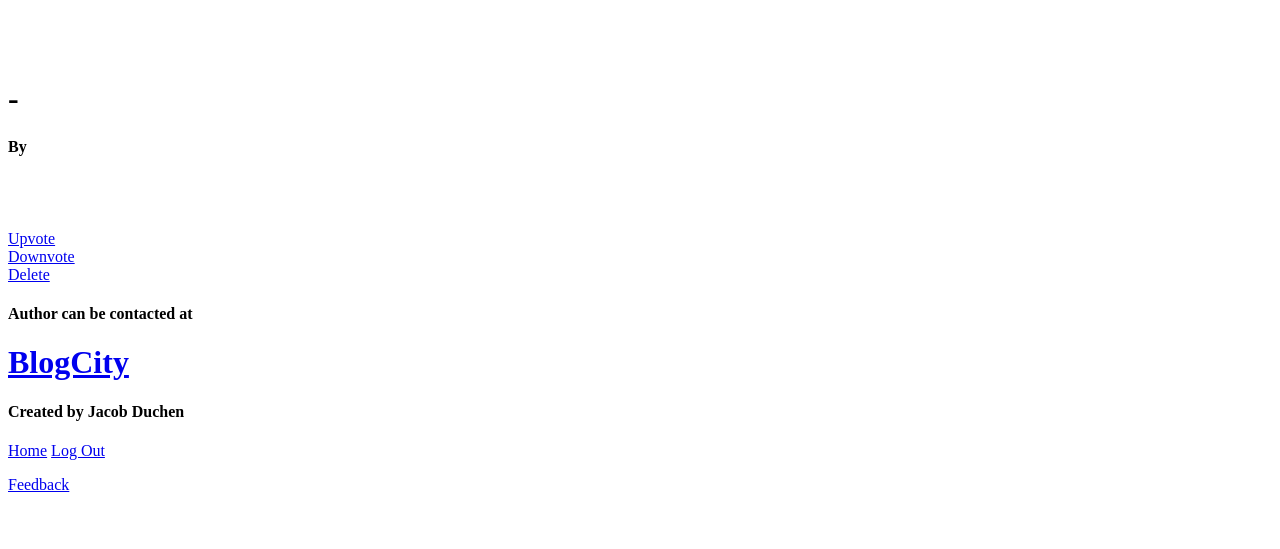
Repository: fatcatdog/springBlog
Page: http://localhost/blog/WEB-INF/jsp/blog.jsp
These files come from the project's save history. The page is drawn as it stood at one moment and after a run of saves; the edit follows.
The browser window is 1280 px wide. The pictures show the whole page.
The page is served by Tomcat 9. Nobody is signed in. Other server files are loaded and not shown. The template is opened directly, without the code that normally fills it, so the values that code supplies are empty.

Above is the page before, as saved 2018-09-15 05:26:16.

### blog/src/main/webapp/WEB-INF/jsp/blog.jsp
<!DOCTYPE html>

<%@ taglib prefix="spring" uri="http://www.springframework.org/tags"%>
<%@ taglib prefix="c" uri="http://java.sun.com/jsp/jstl/core"%>

<html lang="en">
<%@ include file="components/header.jsp" %>

<body>

<h1>${title} - ${tempUpvoteCount}</h1>
<h4>By ${authorName}</h4>
<Br/>
<p>${content}</p>
<Br/>

<a href="/vote/up/${blogId}">Upvote</a>
<Br/>
<a href="/vote/down/${blogId}">Downvote</a>
<Br/>
<a href="/delete/${blogId}">Delete</a>
<Br/>

<h4>Author can be contacted at <a href="mailto:${authorEmail}">${authorEmail}</a></h4>

</body>
<%@ include file="components/footer.jsp" %>

</html>

### blog/src/main/webapp/WEB-INF/jsp/components/header.jsp
<div class="header-title">
<h1><a href="/home" style="color:white">BlogCity</a></h1>
</div>

Loaded but not shown: blog/src/main/webapp/WEB-INF/jsp/components/footer.jsp (common file)

After the next 2 saves:
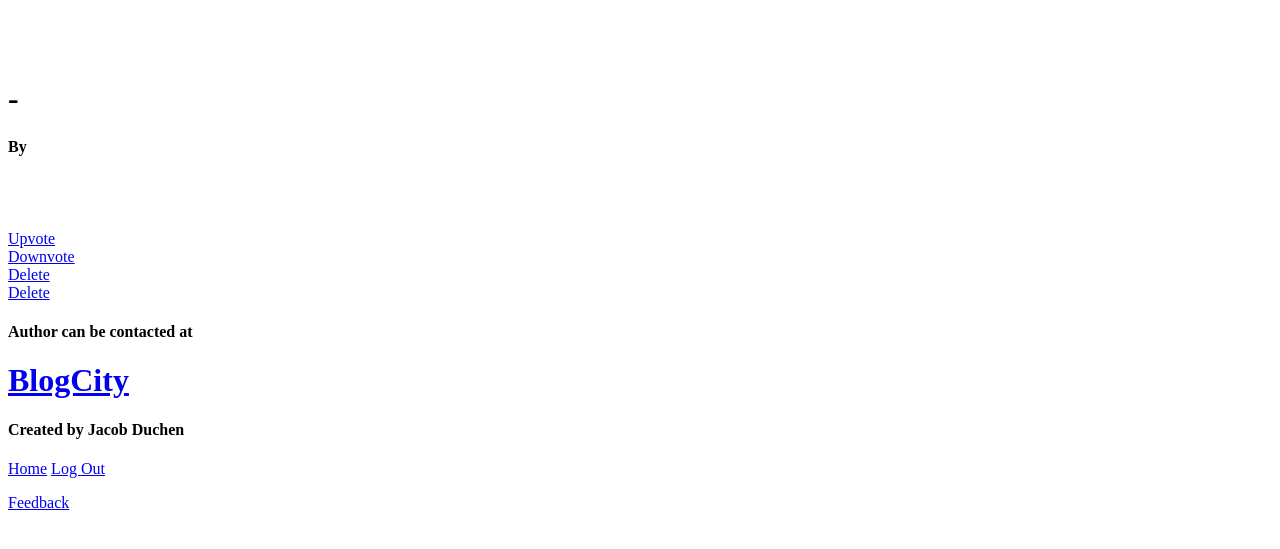
The 2 saves are shown as one change because they came seconds apart.
The last was saved 36 s later.
--- a/blog/src/main/webapp/WEB-INF/jsp/blog.jsp
+++ b/blog/src/main/webapp/WEB-INF/jsp/blog.jsp
@@ -20,6 +20,8 @@
 <Br/>
 <a href="/delete/${blogId}">Delete</a>
 <Br/>
+<a href="/delete/${blogId}">Delete</a>
+<Br/>
 
 <h4>Author can be contacted at <a href="mailto:${authorEmail}">${authorEmail}</a></h4>
 
